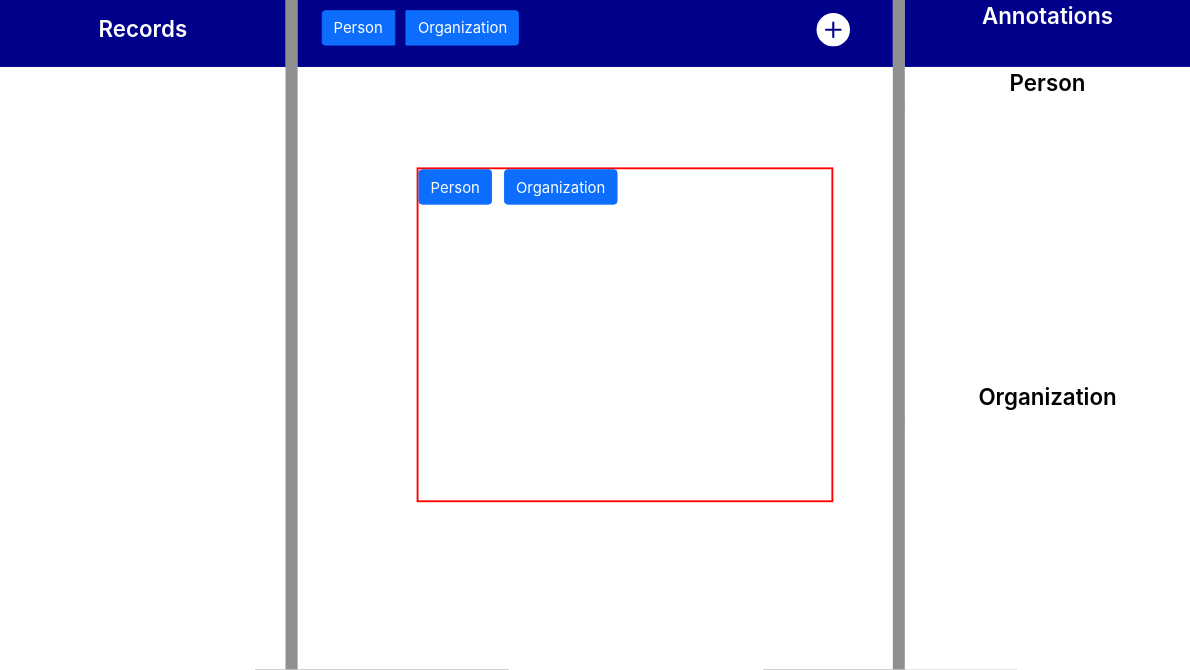
Repository: napan24/classforma_assignment
Page: / (app in client/)
An editor plug-in stored every save of this project. The page is shown before and after the next save, followed by the edit.
The browser window is 1280 px wide. The pictures show the whole page, at 93% of full size.
The project was rebuilt for these pictures with package versions that can differ from the ones it lists, and the page was loaded fresh each time. Also part of the build but not shown: client/src/App.css.

Above is the page before, as saved 2022-07-20 16:40:14.

### client/public/index.html
<!DOCTYPE html>
<html lang="en">
  <head>
    <meta charset="utf-8" />
    <link rel="icon" href="%PUBLIC_URL%/favicon.ico" />
    <meta name="viewport" content="width=device-width, initial-scale=1" />
    <meta name="theme-color" content="#000000" />
    <meta
      name="description"
      content="Web site created using create-react-app"
    />
    <link href="https://cdn.jsdelivr.net/npm/bootstrap@5.1.3/dist/css/bootstrap.min.css" rel="stylesheet" integrity="sha384-1BmE4kWBq78iYhFldvKuhfTAU6auU8tT94WrHftjDbrCEXSU1oBoqyl2QvZ6jIW3" crossorigin="anonymous">
    <link rel="apple-touch-icon" href="%PUBLIC_URL%/logo192.png" />
    <!--
      manifest.json provides metadata used when your web app is installed on a
      user's mobile device or desktop. See https://developers.google.com/web/fundamentals/web-app-manifest/
    -->
    <link rel="manifest" href="%PUBLIC_URL%/manifest.json" />
    <!--
      Notice the use of %PUBLIC_URL% in the tags above.
      It will be replaced with the URL of the `public` folder during the build.
      Only files inside the `public` folder can be referenced from the HTML.

      Unlike "/favicon.ico" or "favicon.ico", "%PUBLIC_URL%/favicon.ico" will
      work correctly both with client-side routing and a non-root public URL.
      Learn how to configure a non-root public URL by running `npm run build`.
    -->
    <title>React App</title>
  </head>
  <body>
    <noscript>You need to enable JavaScript to run this app.</noscript>
    <div id="root"></div>
    <!--
      This HTML file is a template.
      If you open it directly in the browser, you will see an empty page.

      You can add webfonts, meta tags, or analytics to this file.
      The build step will place the bundled scripts into the <body> tag.

      To begin the development, run `npm start` or `yarn start`.
      To create a production bundle, use `npm run build` or `yarn build`.
    -->
    <script src="https://cdn.jsdelivr.net/npm/bootstrap@5.1.3/dist/js/bootstrap.bundle.min.js" integrity="sha384-ka7Sk0Gln4gmtz2MlQnikT1wXgYsOg+OMhuP+IlRH9sENBO0LRn5q+8nbTov4+1p" crossorigin="anonymous"></script>
  </body>
</html>

### client/src/App.js
import logo from './logo.svg';
import './App.css';
import Home from './Home';

function App() {
  return (
    <>
      <Home></Home>
    </>
  );
}

export default App;

### client/src/Home.js
'strict origin'
import React, { useState, useEffect } from 'react'
const Home = () => {
    const [textField, setTextField] = useState();
    const [person, setPerson] = useState();
    const [place, setPlace] = useState();
    const [personName, setPersonName] = useState(['']);
    const [placeName, setPlaceName] = useState(['']);
    useEffect(() => {
        if (textField) {
            trending();
        }
    }, [textField])
    const trending = async () => {
        const res = await fetch("/", {
            method: 'POST',
            headers: {
                "Content-Type": "application/json"
            },
            body: JSON.stringify({ textField })
        });
        const result = await res.json();
        console.log(result);
        setPerson(result.filter((arr) => arr.type == 'Person'));
        setPlace(result.filter((arr) => arr.type[0] == 'Place' || arr.type[0] == 'PopulatedPlace' || arr.type[0] == 'Settlement' || arr.type[0] == 'City'));
    };
    useEffect(() => {
        setPersonName(['']);
        if (person) {
            person.forEach(function (arrayItem) {
                setPersonName(curr => [...curr, arrayItem.entityId]);
            });
        }
    }, [person])
    useEffect(() => {
        setPlaceName(['']);
        if (place) {
            console.log(place);
            place.forEach(function (arrayItem) {
                setPlaceName(curr => [...curr, arrayItem.entityId]);
            });
        }
    }, [place])
    const showFile = async (e) => {
        e.preventDefault()
        const reader = new FileReader()
        reader.onload = async (e) => {
            const text = (e.target.result)
            setTextField(text);
        };
        reader.readAsText(e.target.files[0])
    }
    function replace(e) {
        var data = e.currentTarget.parentElement.querySelector('.userName').innerHTML;
        setTextField(textField.replace(data, ''));
    }
    return (
        <>
            <div style={{ height: "50vh", width: "35vw", backgroundColor: "white", position: "absolute", zIndex: '2', left: "35%", top: "25%", border: "2px solid red" }}>
                <button type="button" class="btn btn-primary" style={{ marginRight: "1vw" }}>Person</button>
                <button type="button" class="btn btn-primary">Organization</button>
            </div>
            <div style={{ display: 'flex', width: "100vw", height: "100vh", backgroundColor: "#8f9091", overflow: "hidden" }}>
                <div style={{ width: "24vw", height: "100vh", backgroundColor: "white", marginRight: "1vw" }}>
                    <div style={{ width: "24vw", height: "10vh", backgroundColor: "#00008b", textAlign: 'center', fontSize: '150%', color: "white", fontWeight: "600", position: "fixed" }}>
                        <p style={{ marginTop: "2vh" }}>
                            Records
                        </p>
                    </div>
                    <div>

                    </div>
                </div>
                <div style={{ width: "50vw", height: "100vh", backgroundColor: "white", marginRight: "1vw", overflowY: "unset" }}>
                    <div style={{ width: "50vw", height: "10vh", backgroundColor: "#00008b", position: 'relative', overflowY: 'hidden' }}>
                        <div class="btn-group" style={{ marginTop: "1.5vh", marginLeft: "2vw" }}>
                            <button type="button" class="btn btn-primary" style={{ marginRight: "1vw" }}>Person</button>
                            <button type="button" class="btn btn-primary">Organization</button>
                        </div>
                        <label for="file">
                            <svg style={{ width: "20%", height: "50%", position: "absolute", right: "0", top: "2vh", color: "white" }} xmlns="http://www.w3.org/2000/svg" fill="currentColor" class="bi bi-plus-circle-fill" viewBox="0 0 16 16">
                                <path d="M16 8A8 8 0 1 1 0 8a8 8 0 0 1 16 0zM8.5 4.5a.5.5 0 0 0-1 0v3h-3a.5.5 0 0 0 0 1h3v3a.5.5 0 0 0 1 0v-3h3a.5.5 0 0 0 0-1h-3v-3z" />
                            </svg>
                        </label>
                        <input type="file" id="file" onChange={(e) => showFile(e)} style={{ display: "none" }} />
                    </div>
                    <div style={{ width: "48vw", height: "85vh", marginLeft: "2vw", marginTop: "5vh", overflowY: "scroll" }}>
                        {textField}
                    </div>
                </div>
                <div style={{ width: "24vw", height: "100vh", backgroundColor: "white" }}>
                    <div style={{ width: "24vw", height: "10vh", backgroundColor: "#00008b", textAlign: 'center', fontSize: '150%', color: "white", fontWeight: "600" }}>
                        <p>
                            Annotations
                        </p>
                    </div>
                    <div style={{ width: "24vw", height: "5vh", backgroundColor: "white", textAlign: 'center', fontSize: '150%', color: "black", fontWeight: "600", marginBottom: "2vh" }}>
                        <p>
                            Person
                        </p>
                    </div>
                    <div style={{ maxWidth: "24vw", height: "40vh", backgroundColor: "white", textAlign: 'center', fontSize: '150%', color: "black", fontWeight: "600", zIndex: "2", overflowY: "scroll", overflowX: "hidden" }}>
                        {personName && personName.map((user) => (
                            user.length > 0 && <div style={{ width: "24vw", color: "black", height: "3vh", fontSize: "2vh", position: 'relative', borderBottom: '1px solid black' }}>
                                <span className='userName' style={{ width: "12vw" }}>
                                    {user}
                                </span>
                                <svg onClick={(e) => { replace(e) }} style={{ width: "3.5vw", height: "3.5vh", position: 'absolute', right: "0vw", top: "0vh" }} xmlns="http://www.w3.org/2000/svg" style={{ height: "3vh", width: "2vw", color: 'red' }} fill="currentColor" class="bi bi-x" viewBox="0 0 16 16">
                                    <path d="M4.646 4.646a.5.5 0 0 1 .708 0L8 7.293l2.646-2.647a.5.5 0 0 1 .708.708L8.707 8l2.647 2.646a.5.5 0 0 1-.708.708L8 8.707l-2.646 2.647a.5.5 0 0 1-.708-.708L7.293 8 4.646 5.354a.5.5 0 0 1 0-.708z" />
                                </svg>
                            </div>
                        ))}
                    </div>
                    <div style={{ width: "24vw", height: "5vh", backgroundColor: "white", textAlign: 'center', fontSize: '150%', color: "black", fontWeight: "600", marginBottom: "2vh" }}>
                        <p>
                            Organization
                        </p>
                    </div>
                    <div style={{ width: "24vw", height: "40vh", backgroundColor: "white", textAlign: 'center', fontSize: '150%', color: "black", fontWeight: "600", overflowY: "scroll" }}>
                        {placeName && placeName.map((user) => (
                            user.length > 0 && <div style={{ width: "24vw", color: "black", height: "3vh", fontSize: "2vh", position: 'relative', borderBottom: '1px solid black' }}>
                                <span className='userName' style={{ width: "12vw" }}>
                                    {user}
                                </span>
                                <svg onClick={(e) => { replace(e) }} style={{ width: "3.5vw", height: "3.5vh", position: 'absolute', right: "0vw", top: "0vh" }} xmlns="http://www.w3.org/2000/svg" style={{ height: "3vh", width: "2vw", color: 'red' }} fill="currentColor" class="bi bi-x" viewBox="0 0 16 16">
                                    <path d="M4.646 4.646a.5.5 0 0 1 .708 0L8 7.293l2.646-2.647a.5.5 0 0 1 .708.708L8.707 8l2.647 2.646a.5.5 0 0 1-.708.708L8 8.707l-2.646 2.647a.5.5 0 0 1-.708-.708L7.293 8 4.646 5.354a.5.5 0 0 1 0-.708z" />
                                </svg>
                            </div>
                        ))}
                    </div>
                </div>
            </div>
        </>
    )
}

export default Home

Loaded but not shown: client/src/index.js (common file); client/src/index.css (common file); client/src/reportWebVitals.js (common file)

After the next save:
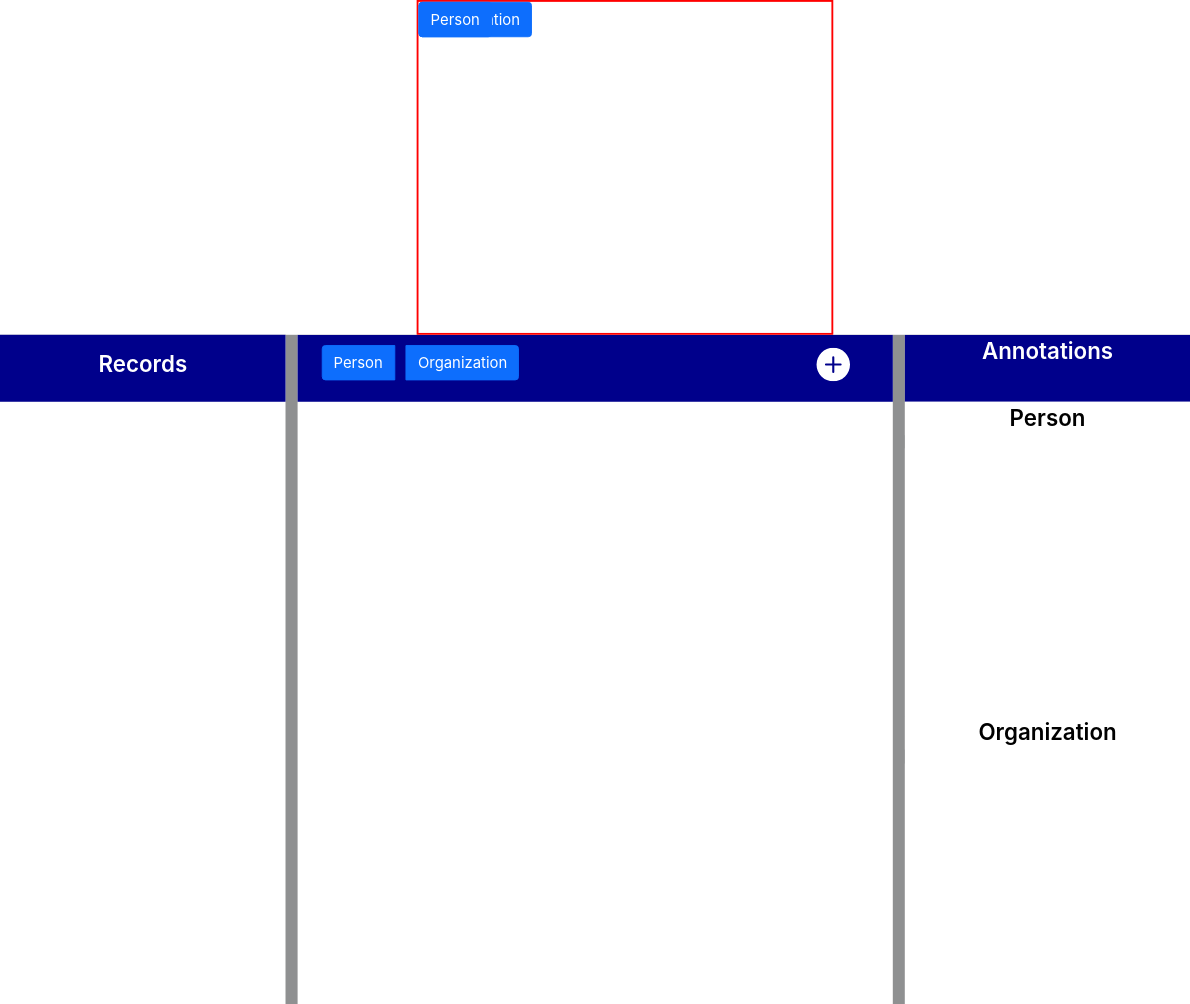
Saved 15 s later.
--- a/client/src/Home.js
+++ b/client/src/Home.js
@@ -56,8 +56,8 @@ const Home = () => {
     }
     return (
         <>
-            <div style={{ height: "50vh", width: "35vw", backgroundColor: "white", position: "absolute", zIndex: '2', left: "35%", top: "25%", border: "2px solid red" }}>
-                <button type="button" class="btn btn-primary" style={{ marginRight: "1vw" }}>Person</button>
+            <div style={{ height: "50vh", width: "35vw", backgroundColor: "white", position: "relative", zIndex: '2', left: "35%", top: "25%", border: "2px solid red" }}>
+                <button type="button" class="btn btn-primary" style={{ marginRight: "1vw",position:"absolute" }}>Person</button>
                 <button type="button" class="btn btn-primary">Organization</button>
             </div>
             <div style={{ display: 'flex', width: "100vw", height: "100vh", backgroundColor: "#8f9091", overflow: "hidden" }}>

After the save that followed:
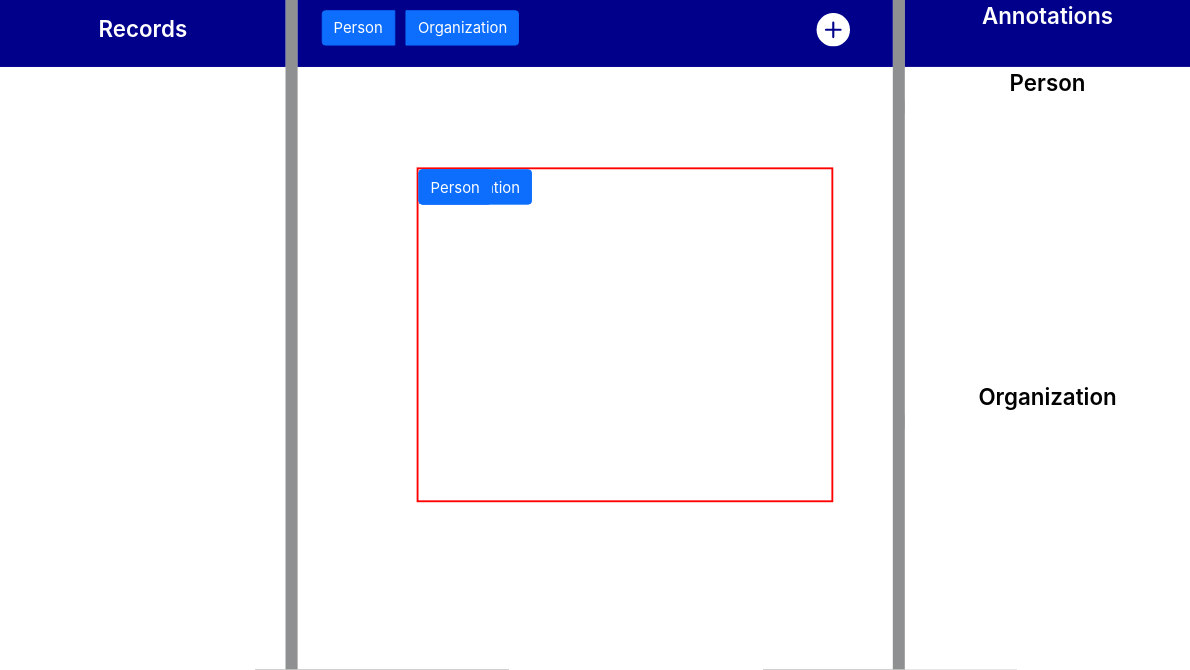
Saved 4 s later.
--- a/client/src/Home.js
+++ b/client/src/Home.js
@@ -56,7 +56,7 @@ const Home = () => {
     }
     return (
         <>
-            <div style={{ height: "50vh", width: "35vw", backgroundColor: "white", position: "relative", zIndex: '2', left: "35%", top: "25%", border: "2px solid red" }}>
+            <div style={{ height: "50vh", width: "35vw", backgroundColor: "white", position: "absolute", zIndex: '2', left: "35%", top: "25%", border: "2px solid red" }}>
                 <button type="button" class="btn btn-primary" style={{ marginRight: "1vw",position:"absolute" }}>Person</button>
                 <button type="button" class="btn btn-primary">Organization</button>
             </div>
